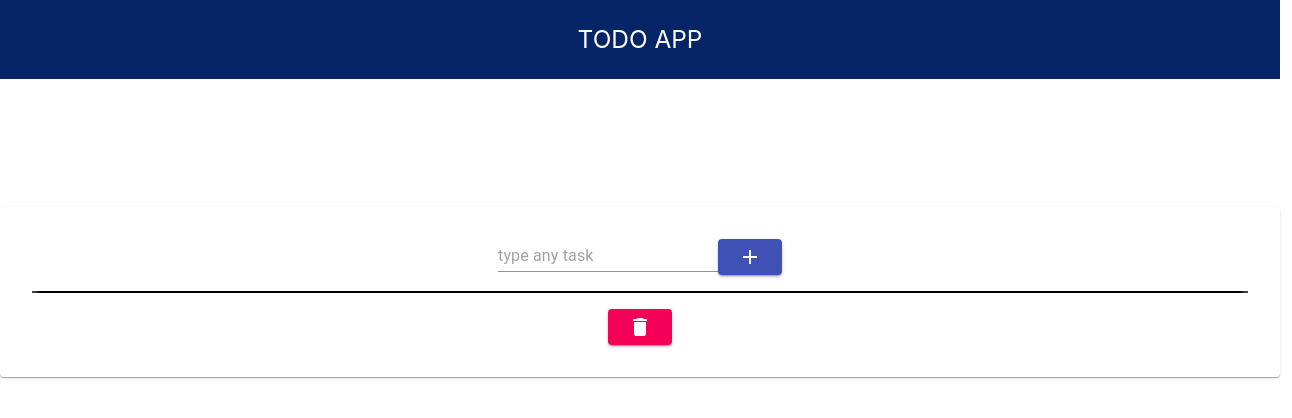
Repository: Shams97/Todo-app
Page: /
These files come from the project's save history. The page is drawn as it stood at one moment and after the next save; the edit follows.
The browser window is 1280 px wide. The page is 1292 px wide, so the pictures cover 1292 px, including what lies to the right of the window. The pictures show the whole page.
The project was rebuilt for these pictures with package versions that can differ from the ones it lists, and the page was loaded fresh each time.

Above is the page before, as saved 2021-06-27 01:52:03.

### src/App.js
import './App.css';
import Tasks from './tasks/tasks';
function App() {
  return (
    <div className="App">
      <header className="App-header">
            <p> TODO APP</p>
      </header>
      <Tasks/>
    </div>
  );
}

export default App;

### src/App.css
.App {
  text-align: center;

}

.App-header {
  background-color: #052566;
  min-height: 10vh;
  display: flex;
  flex-direction: column;
  align-items: center;
  justify-content: center;
  font-size: calc(10px + 2vmin);
  color: white;
  margin-bottom: 10%;
}
.task_list {
  text-decoration: none;
}

### src/tasks/tasks.js
import React,{useState} from "react";

import { makeStyles } from '@material-ui/core/styles';
import AddIcon from '@material-ui/icons/Add';
import DeleteIcon from '@material-ui/icons/Delete';
import { Button,Input,Grid,Paper } from "@material-ui/core";

const useStyles = makeStyles((theme) => ({
    root: {
      flexGrow: 1,
    },
    paper: {
      padding: theme.spacing(4),
      textAlign: 'center',
      color: theme.palette.text.secondary,
    },
    lists: {
        listStyle:'none',
        border:'solid 1px black',
        borderRadius:'10%',
        textAlign: 'left',

    },
  }));

export default function Tasks() {
    const classes = useStyles();
    const [task, setTask] = useState('')
    const [newtask, setNewTask] = useState([])

    const addTask=()=>{
        if(task === '')
            return  alert('Please full the task bar first')
        else  setNewTask((prev)=>{
		    	return [...prev, task]
		});
        setTask('');
    }

    return (
        <Grid container spacing={3} className={classes.root}>
            <Grid item xs={12}>
                <Paper className={classes.paper}>
                    <Input placeholder="type any task" onChange={(e) => setTask(e.target.value)} value={task}></Input>
                    <Button type="submit" color="primary" variant="contained" onClick={addTask}>
                       <AddIcon/>
                    </Button>
                        <ul className={classes.lists}>
                            { newtask.map((val, key)=>{
                                return <li key={key}>{val}</li>
                                })
                            }
                            </ul>
                    <div>

                    { newtask ?
                    <Button variant="contained" color="secondary" onClick={ () => { setNewTask([])}}>
                        <DeleteIcon/>
                    </Button>
                    : null}
                    </div>
                </Paper>
            </Grid>
        </Grid>
  );
}

Loaded but not shown: public/index.html (common file); src/index.js (common file); src/index.css (common file); src/reportWebVitals.js (common file)

After the next save:
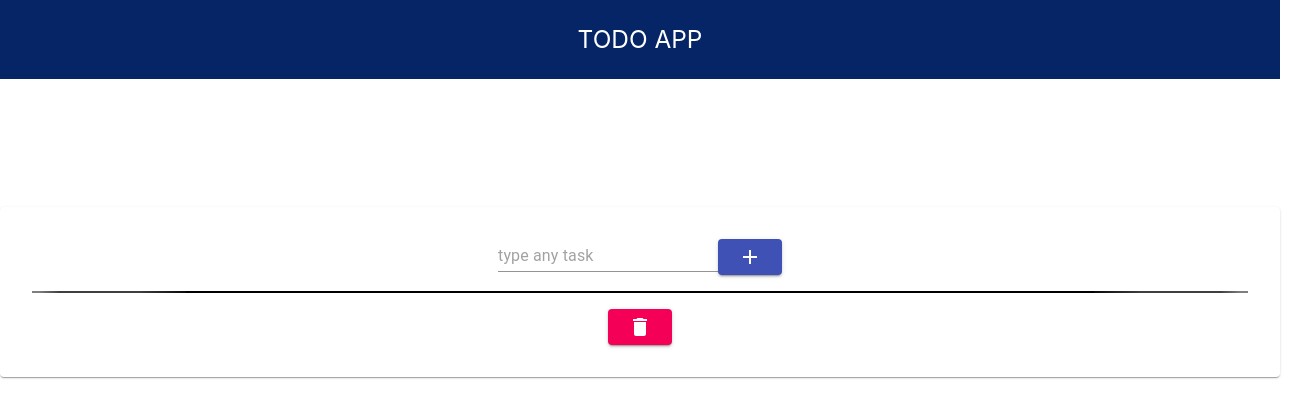
Saved 11 s later.
--- a/src/tasks/tasks.js
+++ b/src/tasks/tasks.js
@@ -17,7 +17,7 @@ const useStyles = makeStyles((theme) => ({
     lists: {
         listStyle:'none',
         border:'solid 1px black',
-        borderRadius:'10%',
+        borderRadius:'30%',
         textAlign: 'left',
 
     },
